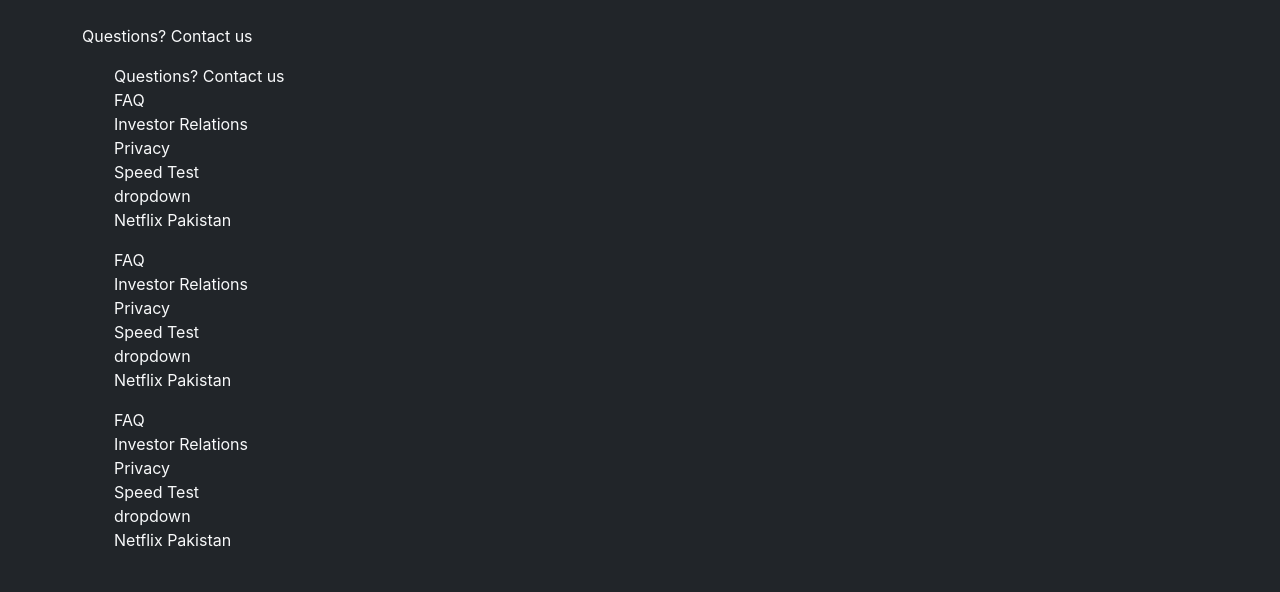
Repository: WajihaGul/Netflix-Clone
Page: /
The author's editor kept a copy of each file at every save. The page is drawn from the files as they stood at one save, then again after the next save.
The browser window is 1280 px wide. The pictures show the part of the page from y = 621 to 1213 px (the page is 1213 px tall before and 1181 px after).
The project was rebuilt for these pictures with package versions that can differ from the ones it lists, and the page was loaded fresh each time. Also part of the build but not shown: src/App.css, src/Components/Navbar/Navbar.jsx.

Above is the page before, as saved 2024-05-23 22:21:35.

After the next save:
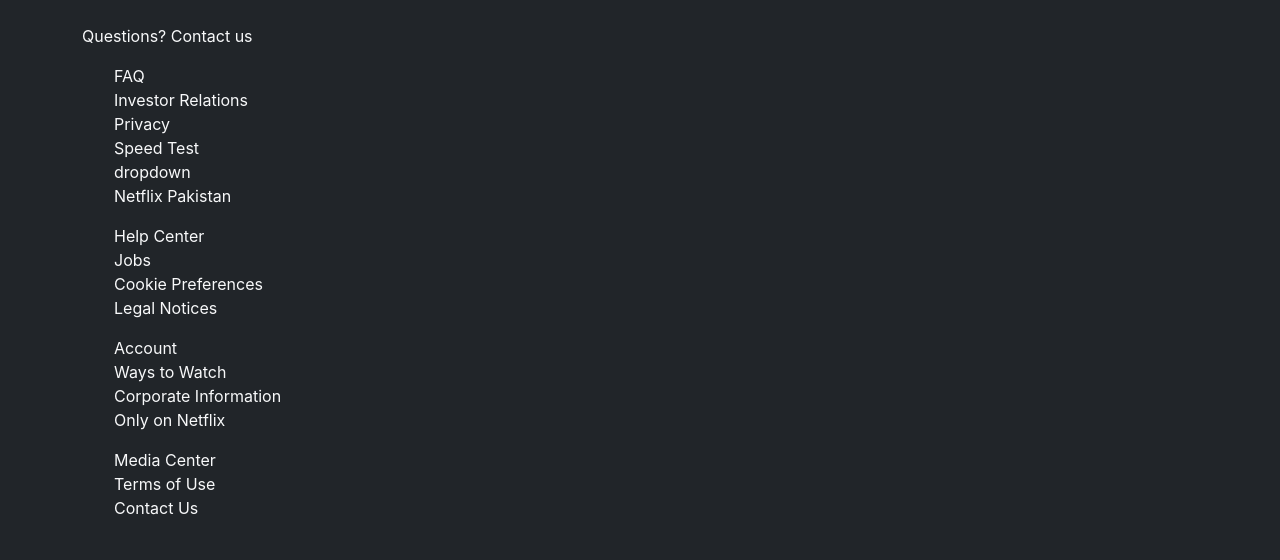
Saved 3 min 6 s later.
--- a/src/Components/Footer/Footer.jsx
+++ b/src/Components/Footer/Footer.jsx
@@ -8,7 +8,6 @@
           <div className="col-lg-12">
             <p>Questions? Contact us </p>
             <ul>
-              <li>Questions? Contact us </li>
               <li>FAQ</li>
               <li>Investor Relations</li>
               <li>Privacy</li>
@@ -20,23 +19,27 @@
 
           <div className="col-lg-12">
             <ul>
-              <li>FAQ</li>
-              <li>Investor Relations</li>
-              <li>Privacy</li>
-              <li>Speed Test</li>
-              dropdown
-              <li>Netflix Pakistan</li>
+              <li>Help Center</li>
+              <li>Jobs</li>
+              <li>Cookie Preferences</li>
+              <li>Legal Notices</li>
             </ul>
           </div>
 
           <div className="col-lg-12 ">
             <ul>
-              <li>FAQ</li>
-              <li>Investor Relations</li>
-              <li>Privacy</li>
-              <li>Speed Test</li>
-              dropdown
-              <li>Netflix Pakistan</li>
+              <li>Account</li>
+              <li>Ways to Watch</li>
+              <li>Corporate Information</li>
+              <li>Only on Netflix</li>
+            </ul>
+          </div>
+
+          <div className="col-lg-12 ">
+            <ul>
+              <li>Media Center</li>
+              <li>Terms of Use</li>
+              <li>Contact Us</li>
             </ul>
           </div>
         </div>
